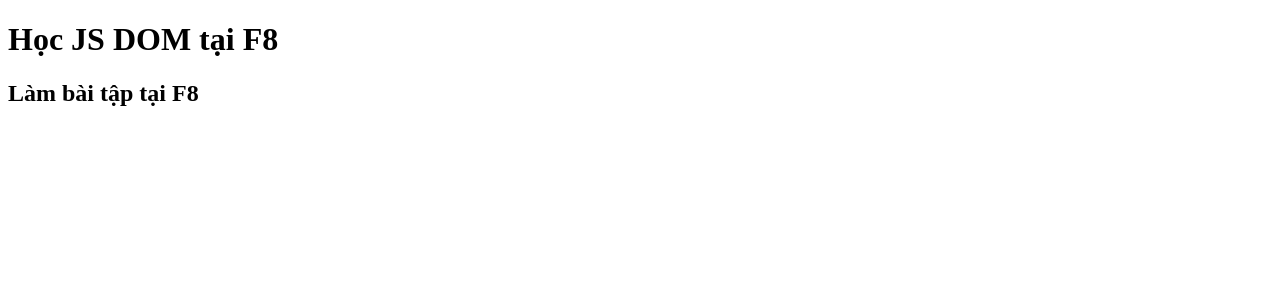
Repository: adwewecat/JavaScript
Page: index.html
An editor plug-in stored every save of this project. The page is shown before and after a run of saves, followed by the edit.
The browser window is 1280 px wide. The pictures show the whole page.

Above is the page before, as saved 2021-09-17 09:26:34.

After the next 2 saves:
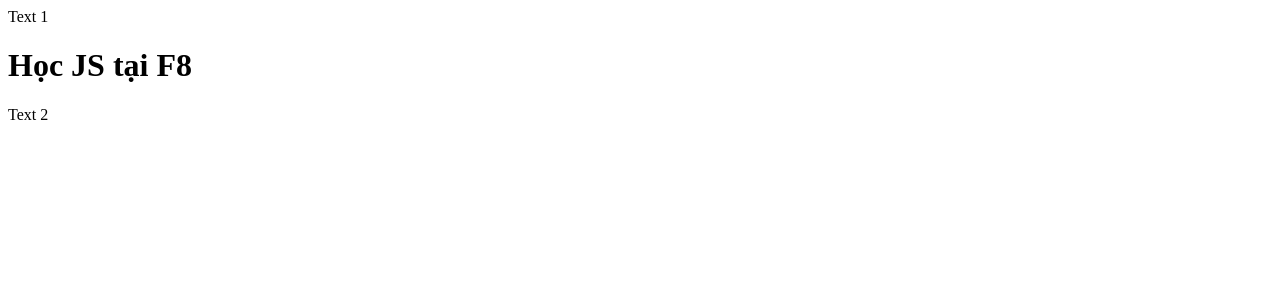
The 2 saves are shown as one change because they came seconds apart.
The last was saved 2 min 5 s later.
--- a/index.html
+++ b/index.html
@@ -45,9 +45,14 @@
         <ul></ul>
     </div> -->
 
-    <div>
+    <!-- <div>
         <h1>Học JS DOM tại F8</h1>
         <h2>Làm bài tập tại F8</h2>
+    </div> -->
+    <div>
+        Text 1
+        <h1>Học JS tại F8</h1>
+        Text 2
     </div>
 
     <!-- <li class="li1">Test li 1</li>
